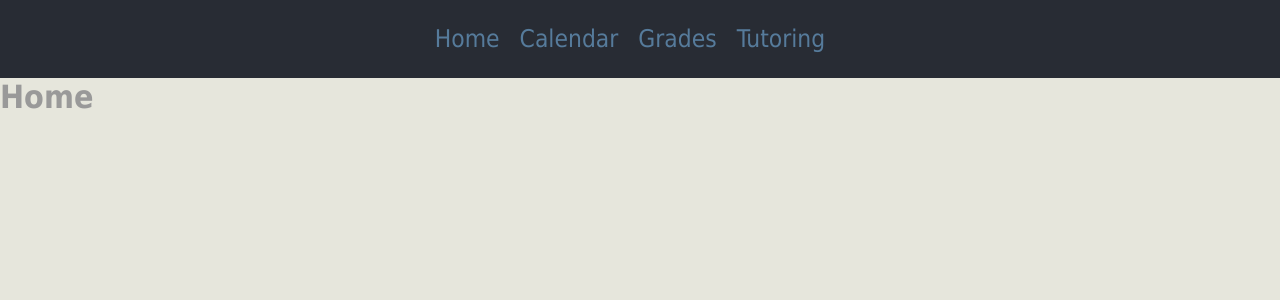
Repository: adityajbir/hackathon2024
Page: / (app in src/my-app/)
An editor plug-in stored every save of this project. The page is shown before and after the next save, followed by the edit.
The browser window is 1280 px wide. The pictures show the whole page.
The project was rebuilt for these pictures with package versions that can differ from the ones it lists, and the page was loaded fresh each time. Also part of the build but not shown: src/my-app/src/Pages/Grades.js, src/my-app/src/Pages/Tutoring.js, src/my-app/src/Pages/Calendar.css, src/my-app/src/Pages/CalendarPage.js.

Above is the page before, as saved 2024-03-23 15:13:42.

After the next save:
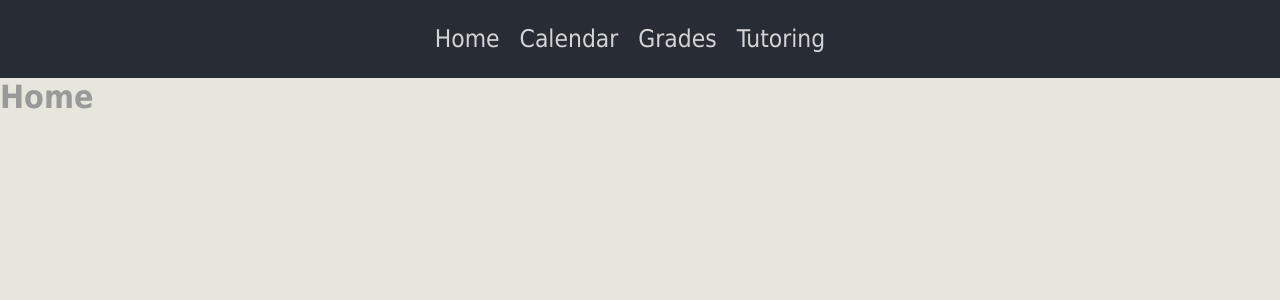
Saved 25 s later.
--- a/src/my-app/src/App.css
+++ b/src/my-app/src/App.css
@@ -81,7 +81,7 @@
   }
 
   a:link, a:visited {
-      color: #567b9b;
+      color: #ffffffcc;
       text-decoration: none;
   }
 
